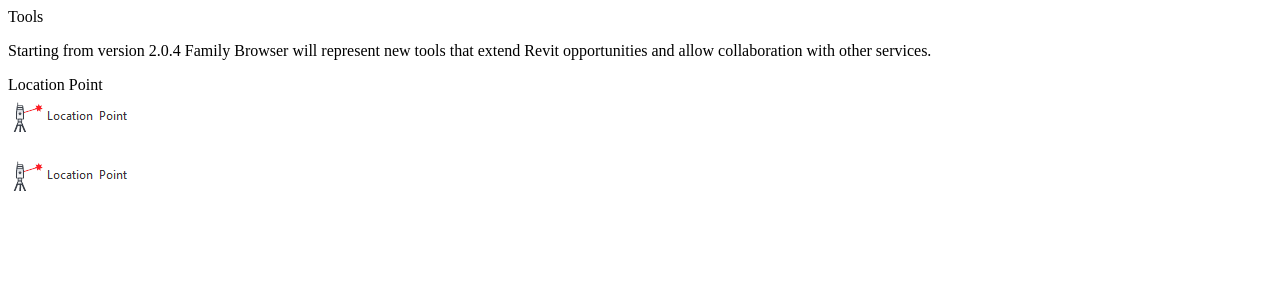
Repository: RomanLavrov/FamilyBrowserUserGuide
Page: http://localhost/FamilyBrowser/application/views/en/tools_view.php
An editor plug-in stored every save of this project. The page is shown before and after the next save, followed by the edit.
The browser window is 1280 px wide. The pictures show the whole page.
The page is run by PHP 8.4 with error messages shown; the project is at /var/www/html/.

Above is the page before, as saved 2019-10-24 11:46:21.

### FamilyBrowser/application/views/en/tools_view.php
<div class="article-header">Tools</div>
<div class="article-content">
      <p>
            Starting from version 2.0.4 Family Browser will represent new tools that extend Revit opportunities and
            allow collaboration with other services. </p>
</div>

<div class="article-header">Location Point</div>
<div class="article-content">
<img class="illustration" src="/FamilyBrowser/images/LocationPointButton_en.png" alt="">

      <p>
           </p>
</div>
<div>
<img src="/FamilyBrowser/images/LocationPointButton_en.png" alt="">
</div>

After the next save:
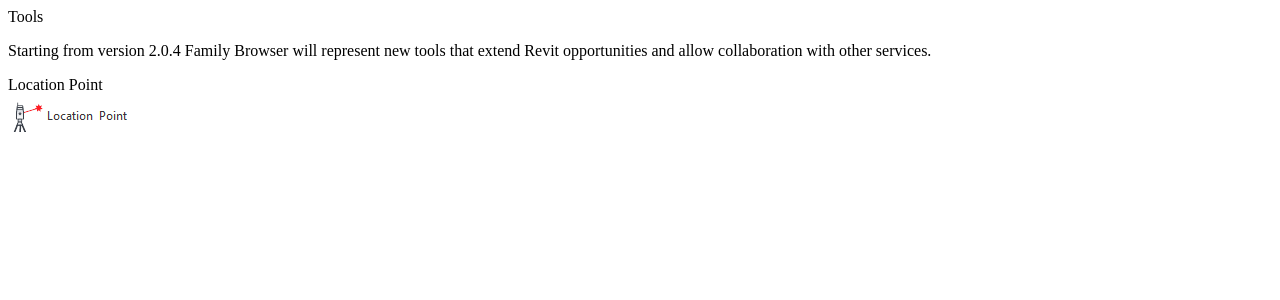
Saved 6 s later.
--- a/FamilyBrowser/application/views/en/tools_view.php
+++ b/FamilyBrowser/application/views/en/tools_view.php
@@ -12,6 +12,3 @@
       <p>
            </p>
 </div>
-<div>
-<img src="/FamilyBrowser/images/LocationPointButton_en.png" alt="">
-</div>
